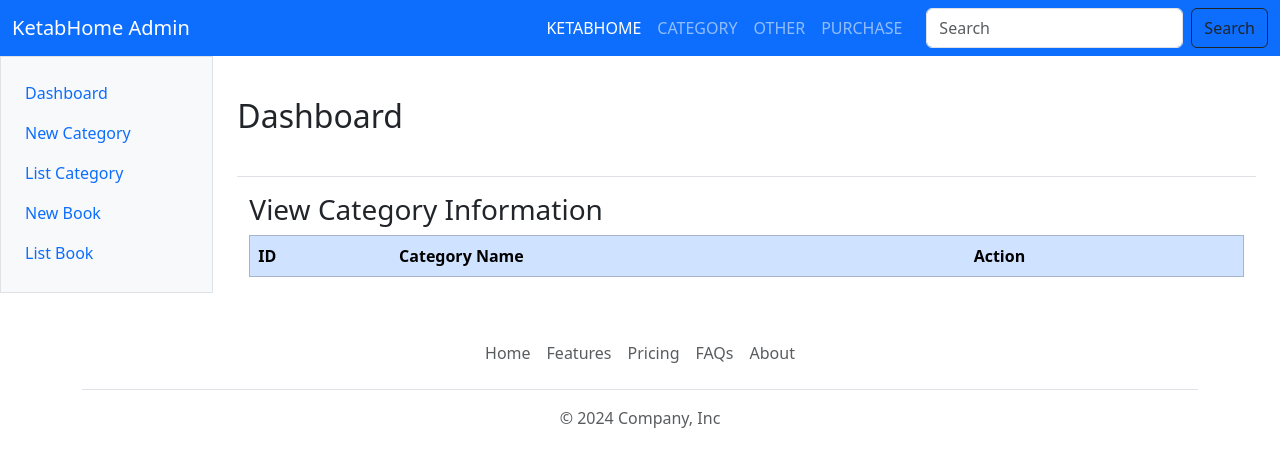
Repository: nyeinsu4520/coursera-test
Page: http://localhost/view_Categories
An editor plug-in stored every save of this project. The page is shown before and after the next save, followed by the edit.
The browser window is 1280 px wide. The pictures show the whole page.
Some web fonts or font styles are not loaded; a fallback is used. The page is this project's Thymeleaf template; nobody is signed in. The template is opened directly, without the code that normally fills it, so the values that code supplies are empty.

Above is the page before, as saved 2024-05-30 17:30:10.

### KetabHome/src/main/resources/templates/view_Categories.html
<!DOCTYPE html>
<html xmlns="www.thumeleaf.org">
<head>
<meta charset="ISO-8859-1">
<title>Category Page</title>
<link rel="stylesheet"  href="/bootstrap/css/bootstrap.min.css">
<script src="/bootstrap/js/bootstrap.bundle.js" type="text/javascript"> </script>

<style>
.navbar-purple {
    background-color: purple;
}

.navbar-purple .nav-link {
    color: white !important;
}
</style>

</head>
<body>

<div th:replace="fragment/header"></div>

	<div class="container-fluid">
    <div class="row">
        <div class="sidebar border border-right col-md-3 col-lg-2 p-0 bg-body-tertiary">
            <div class="offcanvas-md offcanvas-end bg-body-tertiary" tabindex="-1" id="sidebarMenu" aria-labelledby="sidebarMenuLabel">
                <div class="offcanvas-header">
                    <h5 class="offcanvas-title" id="sidebarMenuLabel">KetabHome Admin</h5>
                    <button type="button" class="btn-close" data-bs-dismiss="offcanvas" aria-label="Close"></button>
                </div>
                <div class="offcanvas-body d-md-flex flex-column p-0 pt-lg-3 overflow-y-auto">
                    <ul class="nav flex-column">
                        <li class="nav-item">
                            <a class="nav-link d-flex align-items-center gap-2 active" aria-current="page" href="#">
                            <i class="fa-solid fa-gauge"></i>
                                Dashboard
                            </a>
                        </li>
                        <li class="nav-item">
                            <a class="nav-link d-flex align-items-center gap-2" href="#">
                            <i class="fa-solid fa-plus"></i>
                                New Category
                            </a>
                        </li>
                        <li class="nav-item">
                            <a class="nav-link d-flex align-items-center gap-2" href="#">
                            <i class="fa-solid fa-table-list"></i>
                                List Category
                            </a>
                        </li>
                        <li class="nav-item">
                            <a class="nav-link d-flex align-items-center gap-2" href="#">
                            <i class="fa-solid fa-plus"></i>
                                New Book
                            </a>
                        </li>
                        <li class="nav-item">
                            <a class="nav-link d-flex align-items-center gap-2" href="#">
                            <i class="fa-solid fa-table-list"></i>
                                List Book
                            </a>
                        </li>
                    </ul>
                </div>
            </div>
        </div>


        <main class="col-md-9 ms-sm-auto col-lg-10 px-md-4">
      <div class="d-flex justify-content-between flex-wrap flex-md-nowrap align-items-center pt-3 pb-2 mb-3 border-bottom">
        <h1 class="h2">Dashboard</h1>
        <div class="btn-toolbar mb-2 mb-md-0">
          <div class="album py-5 bg-body-tertiary">
          </div>
           </div>
           </div>
    <div class="container">
      <div class="row ">
      <h3>View Category Information</h3>

    </div>



	<table class="table table-primary " border="1">
		<tr>
		<th>ID</th>
		<th>Category Name</th>
		<th>Action</th>
		</tr>
		<tr th:each="category:${categoryList}">

			<td th:text="${category.id}"></td>
			<td th:text="${category.name}"></td>
			<td><a th:href="@{/category/edit/{id} (id=${category.id})}">Edit</a>
			<a th:href="@{/category/delete/{id} (id=${category.id})}"> | Delete</a>
			</td>
		</tr>
	</table>

	<!-- <form th:action="@{/category/add}" method="get">
	<input type="submit" value="Add Category">
	</form> -->

	</div>



      </main>

       </div>
    </div>











	<div th:replace="fragment/footer"></div>
</body>
</html>

### KetabHome/src/main/resources/templates/fragment/header.html
<!DOCTYPE html>
<html xmlns="www.thymeleaf.org">
<head>
<meta charset="ISO-8859-1">
<title>Insert title here</title>

<link rel="stylesheet" href="/bootstrap/css/bootstrap.min.css">
<script type="text/javascript" src="../static/bootstrap/js/bootstrap.bundle.min.js"></script>

</head>
<body>
	<nav class="navbar navbar-expand-lg navbar-dark bg-primary" aria-label="Offcanvas navbar large">
    <div class="container-fluid">
      <a class="navbar-brand" href="#">KetabHome Admin</a>
      <button class="navbar-toggler" type="button" data-bs-toggle="offcanvas" data-bs-target="#offcanvasNavbar2" aria-controls="offcanvasNavbar2" aria-label="Toggle navigation">
        <span class="navbar-toggler-icon"></span>
      </button>
      <div class="offcanvas offcanvas-end text-bg-dark" tabindex="-1" id="offcanvasNavbar2" aria-labelledby="offcanvasNavbar2Label">

        <div class="offcanvas-body">
          <ul class="navbar-nav justify-content-end flex-grow-1 pe-3">
            <li class="nav-item">
              <a class="nav-link active" aria-current="page" href="#">KETABHOME</a>
            </li>
            <li class="nav-item">
              <a class="nav-link" href="#">CATEGORY</a>
            </li>
            <li class="nav-item">
              <a class="nav-link " aria-current="page" href="#">OTHER</a>
            </li>
            <li class="nav-item">
              <a class="nav-link" href="#">PURCHASE</a>
            </li>

          </ul>
          <form class="d-flex mt-3 mt-lg-0" role="search">
            <input class="form-control me-2" type="search" placeholder="Search" aria-label="Search">
            <button class="btn btn-outline-dark" type="submit">Search</button>
          </form>
        </div>
      </div>
    </div>
  </nav>
</body>
</html>

### KetabHome/src/main/resources/templates/fragment/footer.html
<!DOCTYPE html>
<html>
<head>
<meta charset="ISO-8859-1">
<title>Insert title here</title>

<link rel="stylesheet" href="/bootstrap/css/bootstrap.min.css">
<script type="text/javascript" src="../static/bootstrap/js/bootstrap.bundle.min.js"></script>
<link rel="preconnect" href="https://fonts.googleapis.com">
<link rel="preconnect" href="https://fonts.gstatic.com" crossorigin>
<link href="https://fonts.googleapis.com/css2?family=Jersey+20&family=Jersey+25&family=Josefin+Sans:ital,wght@0,100..700;1,100..700&family=Noto+Sans+Myanmar:wght@100;200;300;400;500;600;700;800;900&family=Nunito+Sans:ital,opsz,wght@0,6..12,200..1000;1,6..12,200..1000&family=Padauk:wght@400;700&family=Platypi:ital,wght@0,300..800;1,300..800&family=Poppins:ital,wght@0,100;0,200;0,300;0,400;0,500;0,600;0,700;0,800;0,900;1,100;1,200;1,300;1,400;1,500;1,600;1,700;1,800;1,900&family=Roboto:ital,wght@0,100;0,300;0,400;0,500;0,700;0,900;1,100;1,300;1,400;1,500;1,700;1,900&display=swap" rel="stylesheet">

</head>
<body>


<div class="container">
  <footer class="py-3 my-4">
    <ul class="nav justify-content-center border-bottom pb-3 mb-3">
      <li class="nav-item"><a href="#" class="nav-link px-2 text-body-secondary">Home</a></li>
      <li class="nav-item"><a href="#" class="nav-link px-2 text-body-secondary">Features</a></li>
      <li class="nav-item"><a href="#" class="nav-link px-2 text-body-secondary">Pricing</a></li>
      <li class="nav-item"><a href="#" class="nav-link px-2 text-body-secondary">FAQs</a></li>
      <li class="nav-item"><a href="#" class="nav-link px-2 text-body-secondary">About</a></li>
    </ul>
    <p class="text-center text-body-secondary">&copy; 2024 Company, Inc</p>
  </footer>
</div>
</body>
</html>

Loaded but not shown: KetabHome/src/main/resources/static/bootstrap/css/bootstrap.min.css (library); KetabHome/src/main/resources/static/bootstrap/js/bootstrap.bundle.js (library); KetabHome/src/main/resources/static/bootstrap/js/bootstrap.bundle.min.js (library)

After the next save:
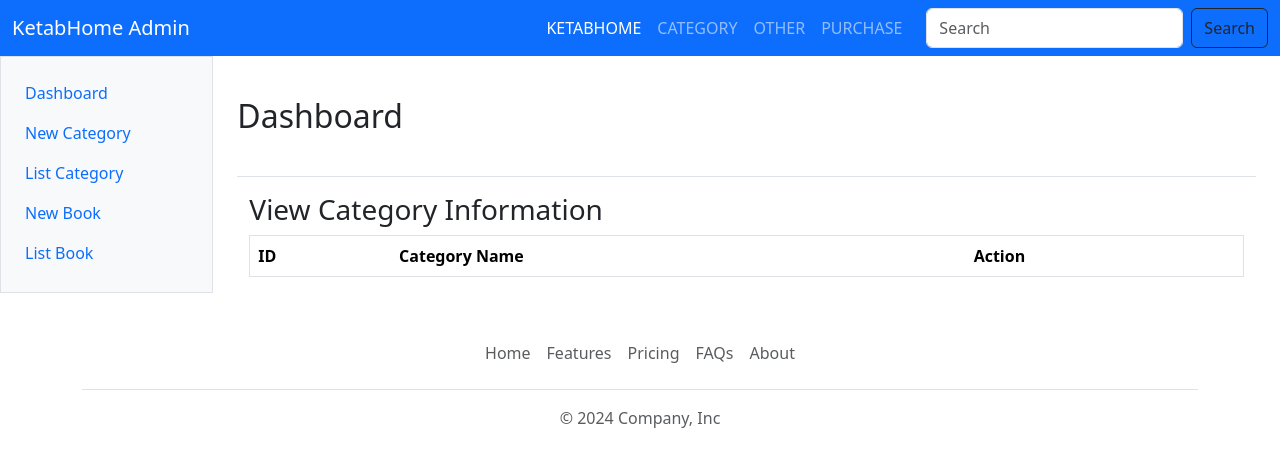
Saved 17 s later.
--- a/KetabHome/src/main/resources/templates/view_Categories.html
+++ b/KetabHome/src/main/resources/templates/view_Categories.html
@@ -83,7 +83,7 @@
 
 
 
-	<table class="table table-primary " border="1">
+	<table class="table border-1 " border="1">
 		<tr>
 		<th>ID</th>
 		<th>Category Name</th>
